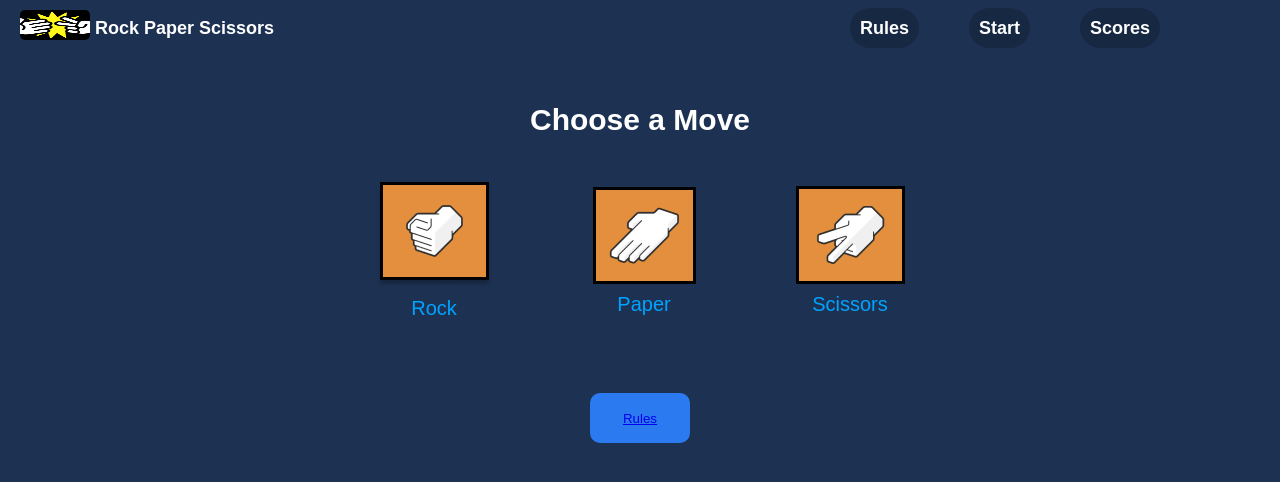
Repository: MikkyPrestige/rock-paper-scissors
Page: game.html
An editor plug-in stored every save of this project. The page is shown before and after the next save, followed by the edit.
The browser window is 1280 px wide. The pictures show the whole page.

Above is the page before, as saved 2023-05-08 06:49:57.

After the next save:
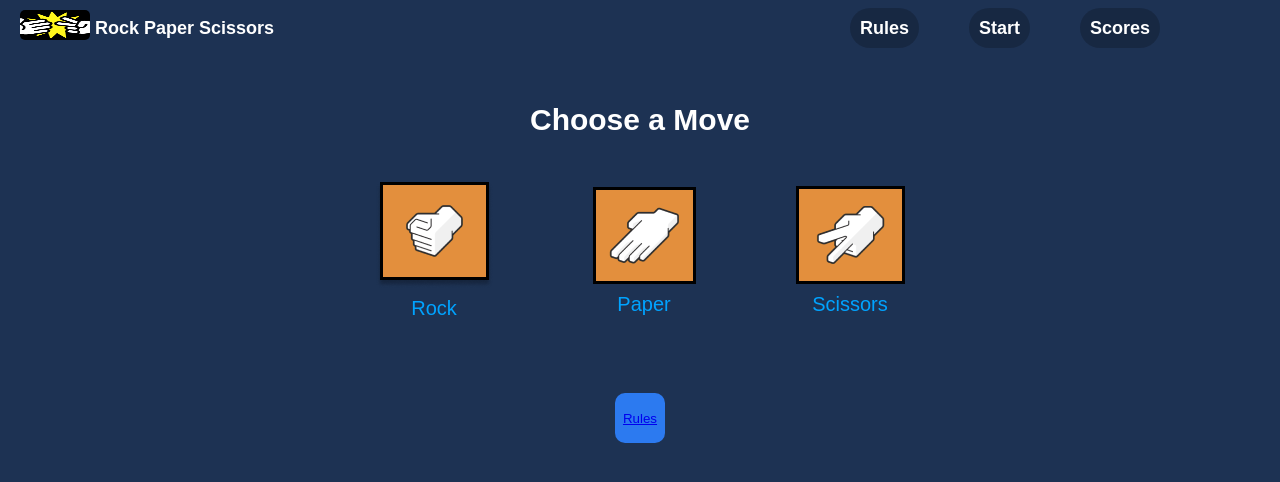
Saved 10 s later.
--- a/index.css
+++ b/index.css
@@ -291,7 +291,7 @@ li a:hover {
 }
 
 .rule--btn {
-  width: 10rem;
+  width: 5rem;
   height: 5rem;
   background: #2C7AF0;
   border-radius: 1rem;
